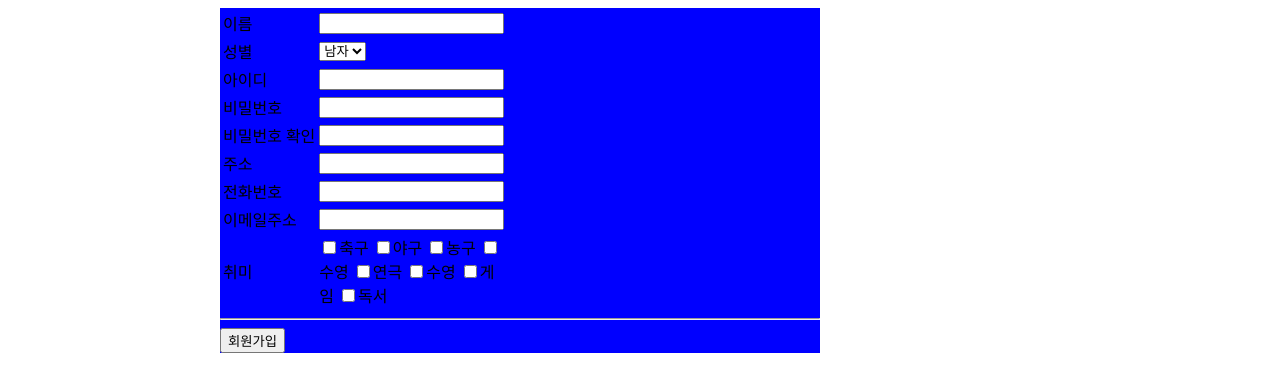
Repository: zero1128/20201113
Page: chap04/WebContent/join.html
These files come from the project's save history. The page is drawn as it stood at one moment and after the next save; the edit follows.
The browser window is 1280 px wide. The pictures show the whole page.

Above is the page before, as saved 2020-11-05 00:39:21.

### chap04/WebContent/join.html
<!DOCTYPE html>
<html>
<head>
<meta charset="UTF-8">
<title>Insert title here</title>
<style type="text/css">
	body{
		width:1024px;
	}
	div{
		width:600px;
		margin: 0 auto;
		background-color: blue;
	}
</style>
</head>
<body>
<div>
<form action="Join">
	<table>
		<tr><td>이름</td><td><input type="text" name="name"/></td></tr>
		<tr><td>성별</td>
			<td>
				<select name="gender">
					<option value="남자">남자</option>
					<option value="여자">여자</option>
				</select>
			</td>
		</tr>
		<tr><td>아이디</td><td><input type="text" name="id"/></td></tr>
		<tr><td>비밀번호</td><td><input type="text" name="pwd"/></td></tr>
		<tr><td>비밀번호 확인</td><td><input type="text" name="cpwd"/></td></tr>
		<tr><td>주소</td><td><input type="text" name="addr"/></td></tr>
		<tr><td>전화번호</td><td><input type="text" name="phone"/></td></tr>
		<tr><td>이메일주소</td><td><input type="text" name="email"/></td></tr>
		<tr><td>취미</td>
			<td style="width:170px;"><input type="checkbox" name="hobby" value="축구"/>축구
			<input type="checkbox" name="hobby" value="야구"/>야구
			<input type="checkbox" name="hobby" value="농구"/>농구
			<input type="checkbox" name="hobby" value="수영"/>수영
			<input type="checkbox" name="hobby" value="연극"/>연극
			<input type="checkbox" name="hobby" value="수영"/>수영
			<input type="checkbox" name="hobby" value="게임"/>게임
			<input type="checkbox" name="hobby" value="독서"/>독서
			</td>
		</tr>
	</table>
	<hr>
	<input type="submit" value="회원가입"/>
</form>
</div>
</body>
</html>

After the next save:
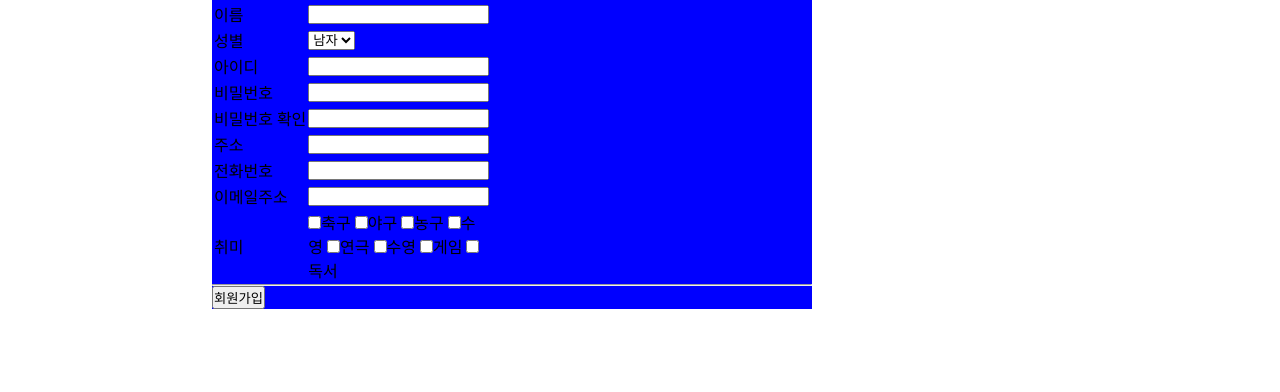
Saved 7 min 9 s later.
--- a/chap04/WebContent/join.html
+++ b/chap04/WebContent/join.html
@@ -4,6 +4,10 @@
 <meta charset="UTF-8">
 <title>Insert title here</title>
 <style type="text/css">
+	*{
+		margin: 0;
+		padding: 0;
+	}
 	body{
 		width:1024px;
 	}
